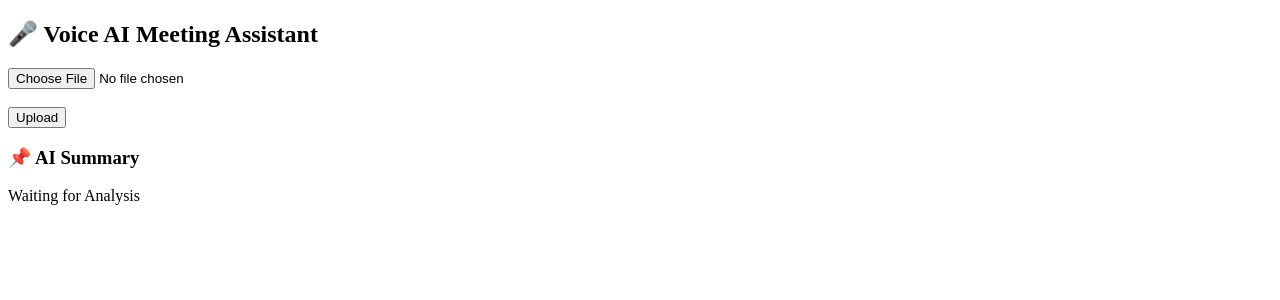
Repository: MujtabaHabib/Voice-AI-Meeting-Assistant
Page: index.html
The author's editor kept a copy of each file at every save. The page is drawn from the files as they stood at one save, then again after a run of saves.
The browser window is 1280 px wide. The pictures show the whole page.

Above is the page before, as saved 2026-02-01 21:29:30.

### index.html
<!DOCTYPE html>
<html lang="en">
<head>
    <meta charset="UTF-8">
    <meta name="viewport" content="width=device-width, initial-scale=1.0">
    <link rel="stylesheet" href="style.css">
    <title>Voice AI Agent</title>
</head>
<body>
    <h2>🎤 Voice AI Meeting Assistant</h2>

    <input type="file" name="file" id="audioFile">
    <br><br>
    <button onclick="send()">Upload</button>

    <div class="box">
        <h3></h3>
    </div>

    <div class="box">
        <h3>📌 AI Summary</h3>
        <p id="id">Waiting for Analysis</p>
    </div>

<script>
    async function send() {
        const file = document.getElementById("audioFile").files[0]
        const form = new FormData()
        form.append("file",file)

    const res = await fetch("http://127.0.0.1:8000/voice-agent",{
        method : "POST",
        body : form
    })

    const data = await res.json()
    document.getElementById("output").textContent= JSON.stringify(data,null,2)
}
</script>
</body>
</html>

### style.css
*{
    font-family:Arial
    margin: 40px;
}

After the next 5 saves:
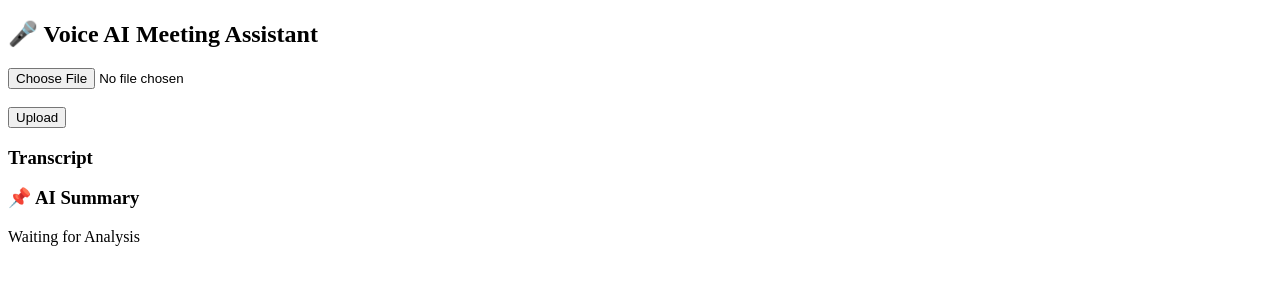
The 5 saves are shown as one change because they came seconds apart.
The last was saved 19 s later.
--- a/index.html
+++ b/index.html
@@ -14,7 +14,8 @@
     <button onclick="send()">Upload</button>
 
     <div class="box">
-        <h3></h3>
+        <h3>Transcript</h3>
+
     </div>
 
     <div class="box">
